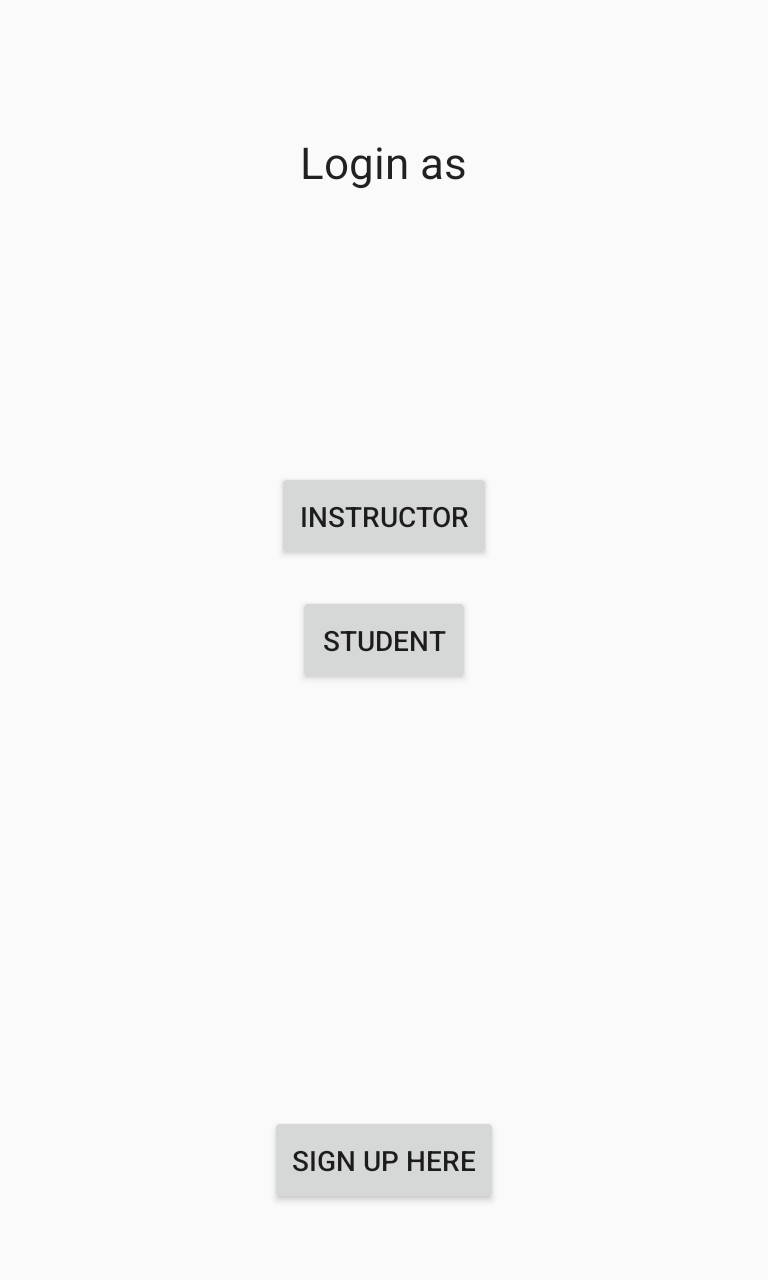
Repository: shuktika12163/ReWise
Layout: ReWise/res/layout/activity_main_login.xml
An editor plug-in stored every save of this project. The layout is shown before and after the next save, followed by the edit.
It is drawn on a 768 x 1280 px phone screen (xhdpi) without system bars, with theme AppTheme; the app's code is not run.

Above is the layout before, as saved 2014-10-29 13:37:02.

### ReWise/res/layout/activity_main_login.xml
<RelativeLayout xmlns:android="http://schemas.android.com/apk/res/android"
    xmlns:tools="http://schemas.android.com/tools"
    android:layout_width="match_parent"
    android:layout_height="match_parent"
    android:paddingBottom="@dimen/activity_vertical_margin"
    android:paddingLeft="@dimen/activity_horizontal_margin"
    android:paddingRight="@dimen/activity_horizontal_margin"
    android:paddingTop="@dimen/activity_vertical_margin"
    tools:context="com.example.rewise.MainActivityLogin" >

    <Button
        android:id="@+id/button1"
        android:layout_width="wrap_content"
        android:layout_height="wrap_content"
        android:layout_alignParentBottom="true"
        android:layout_centerHorizontal="true"
        android:layout_marginBottom="20dp"
        android:text="Sign up here" />

    <TextView
        android:id="@+id/textView1"
        android:layout_width="wrap_content"
        android:layout_height="wrap_content"
        android:layout_alignParentTop="true"
        android:layout_centerHorizontal="true"
        android:layout_marginTop="50dp"
        android:text="Login as"
        android:textAppearance="?android:attr/textAppearanceLarge" />

    <Button
        android:id="@+id/btn_stu_login"
        android:layout_width="wrap_content"
        android:layout_height="wrap_content"
        android:layout_centerHorizontal="true"
        android:layout_centerVertical="true"
        android:text="Student" />

    <Button
        android:id="@+id/btn_instr_login"
        android:layout_width="wrap_content"
        android:layout_height="wrap_content"
        android:layout_above="@+id/btn_stu_login"
        android:layout_centerHorizontal="true"
        android:layout_marginBottom="14dp"
        android:text="Instructor" />

</RelativeLayout>

Loaded but not shown: ReWise/res/values/styles.xml (common file); ReWise/res/values-v11/styles.xml (common file); ReWise/res/values-v14/styles.xml (common file); ReWise/res/values/dimens.xml (common file); ReWise/res/values-w820dp/dimens.xml (common file)

After the next save:
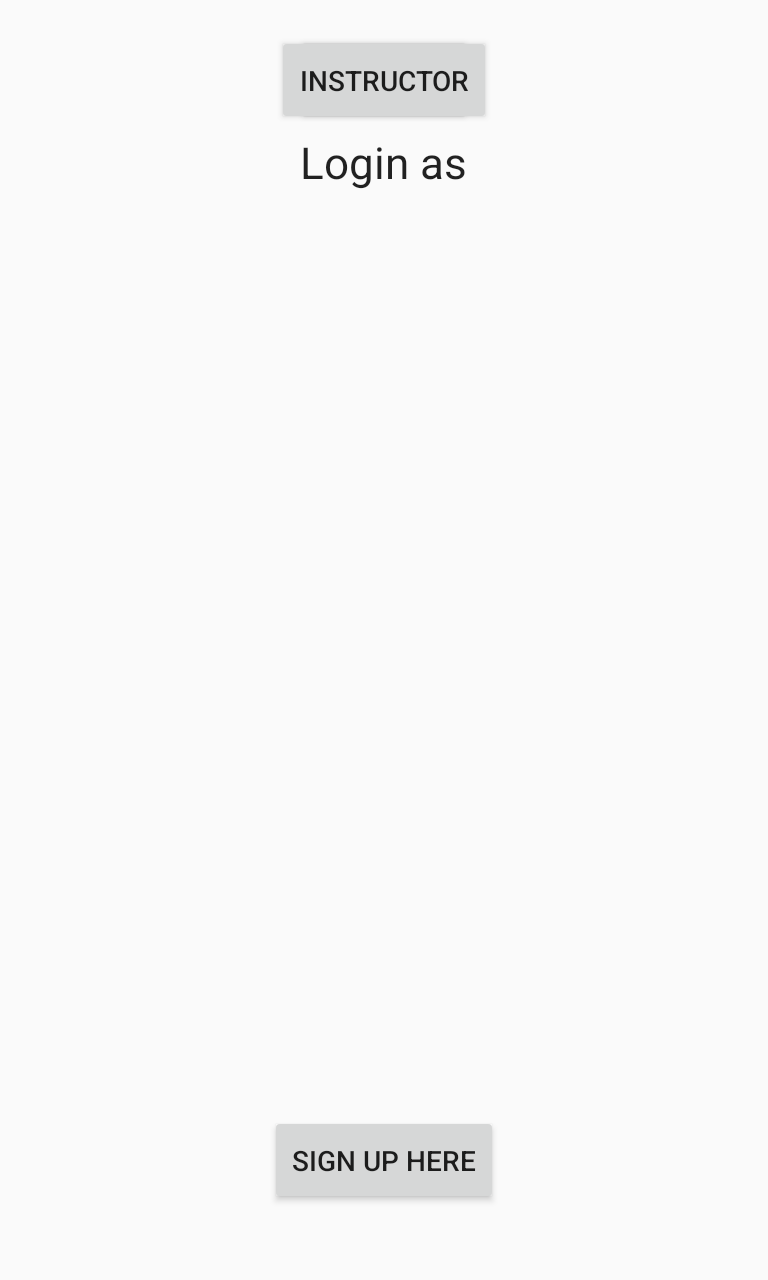
Saved 73 s later.
--- a/ReWise/res/layout/activity_main_login.xml
+++ b/ReWise/res/layout/activity_main_login.xml
@@ -32,14 +32,14 @@
         android:layout_width="wrap_content"
         android:layout_height="wrap_content"
         android:layout_centerHorizontal="true"
-        android:layout_centerVertical="true"
+        android:layout_below="@+id/btn_inst_login"
         android:text="Student" />
 
     <Button
         android:id="@+id/btn_instr_login"
         android:layout_width="wrap_content"
         android:layout_height="wrap_content"
-        android:layout_above="@+id/btn_stu_login"
+
         android:layout_centerHorizontal="true"
         android:layout_marginBottom="14dp"
         android:text="Instructor" />
